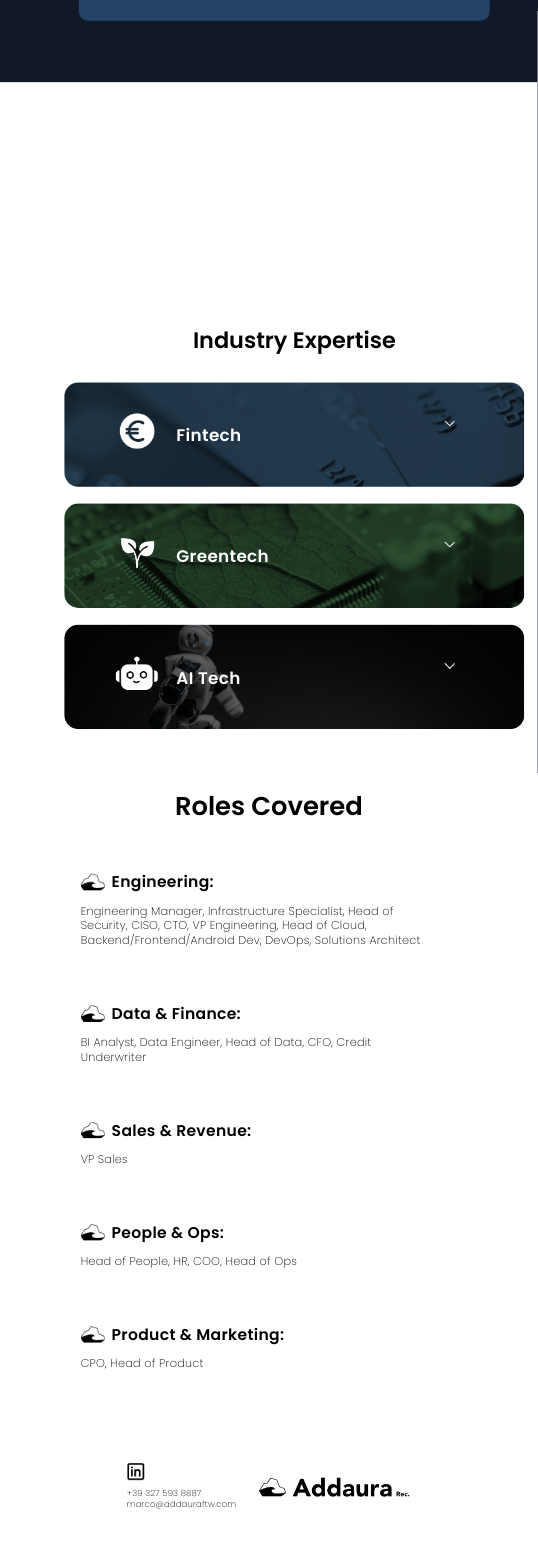
Repository: UnatPannu/Addaura-Trial
Page: public/services.html
These files come from the project's save history. The page is drawn as it stood at one moment and after the next save; the edit follows.
The browser window is 768 px wide. The pictures show the part of the page from y = 2889 to 5129 px (the page is 5129 px tall before and 5114 px after), at 70% of full size.
Backgrounds fixed to the window are drawn as part of the page.

Above is the page before, as saved 2025-09-22 19:22:50.

After the next save:
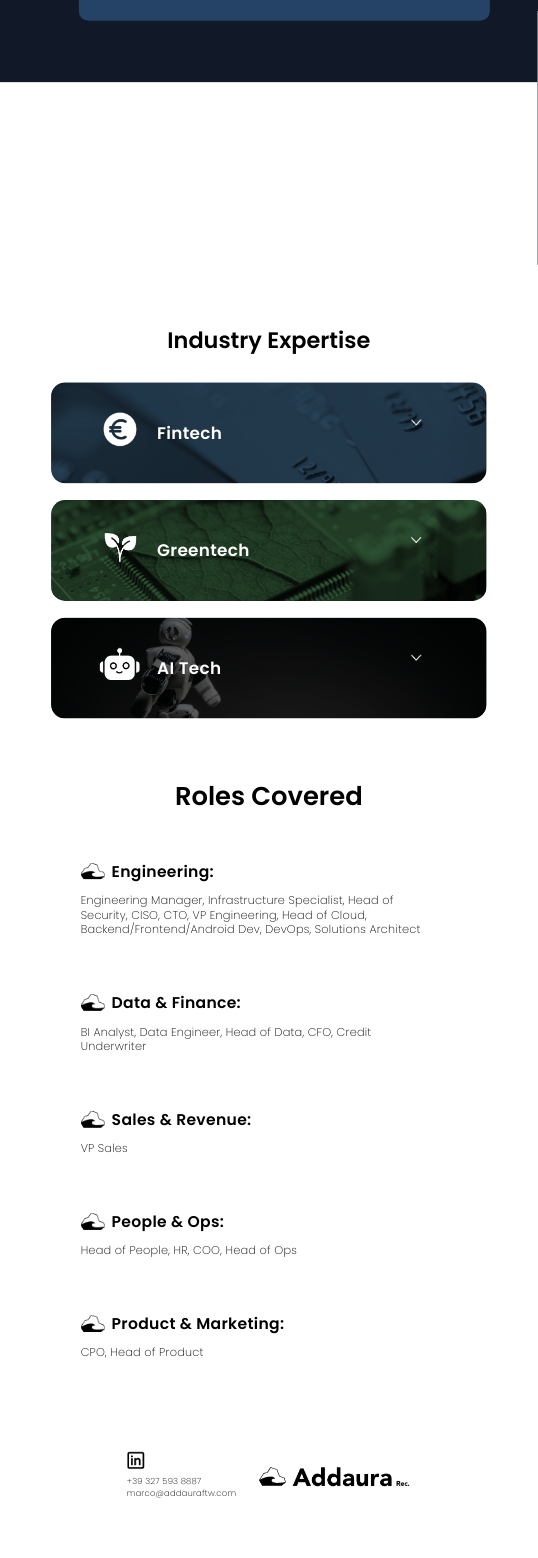
Saved 18 s later.
--- a/public/styles/services.css
+++ b/public/styles/services.css
@@ -459,6 +459,12 @@
   position: relative;
   overflow: hidden;
   height: auto;             /* adjust if 100vh is too tall */
+}
+.industry-expertise > .section-content,
+.industry-expertise > .images-section {
+  max-width: 90vw;
+  width: 100%;
+  margin: 0 auto;
 }
 .industry-expertise .section-content{
   width:100%;
